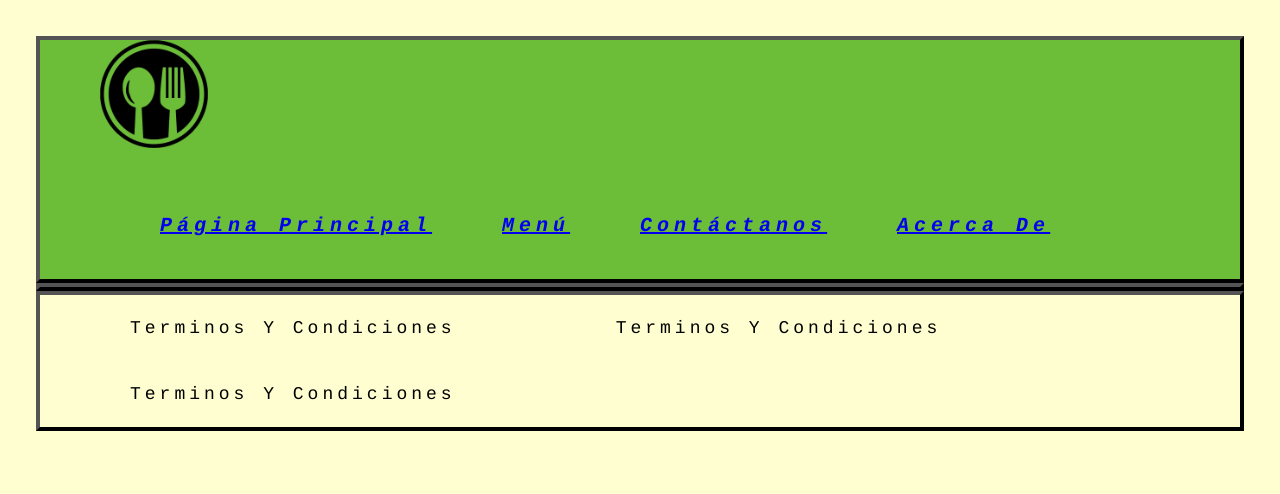
Repository: UVMCoyoacan/eq06_sitio1
Page: Carpeta docs/contactos.html
An editor plug-in stored every save of this project. The page is shown before and after the next save, followed by the edit.
The browser window is 1280 px wide. The pictures show the whole page.

Above is the page before, as saved 2024-04-13 23:11:21.

### Carpeta docs/contactos.html
<!DOCTYPE html>
<html>
    <head>
        <link rel="stylesheet" href="../Carpeta estilos/estilo1.css"/>
        <meta charset="utf-8" />
    </head>
    <body>
        <header id="parte_inicial" role="banner">
            <div class="encabezado" style="display: flex;   flex-wrap: wrap;">
                    <div style="flex-wrap:wrap ;">
                    <img width="108" height="108" src="../Carpeta ims/tres.png" >
                    </div>
            <div style="display: flex;   flex-wrap: wrap;">
            <ul >
                <li><a href="../index.html">Página principal</a></li>
                <li><a href="./menu.html">Menú</a></li>
                <li><a href="#">Contáctanos</a></li>
                <li style="float:right"><a class="active" href="../Carpeta docs/acercade.html">Acerca de</a></li>
            </ul>
        </div>
            </div>
        </header>
    <div style="border-style: outset;
    border-color: #000000;
    border-width: .4ch;"></div>
        <div style="border-style: outset;
        border-color: #000000;
        border-width: .4ch;">
            <footer >
                <div style="display: flex;   flex-wrap: wrap;">
                    <ul>Terminos y condiciones</ul>
                    <ul>Terminos y condiciones</ul>
                    <ul>Terminos y condiciones</ul>
                </div>

            </footer>
        </div>
    </body>
    <script src="../Carpeta js/js1.js">
    </script>
</html>

### Carpeta estilos/estilo1.css
body{
  background-color:#fefec0be;
  font-size:20px;
  font-family:Courier;
  font-weight:bold;
  font-style:normal;
  line-height:30px;
  letter-spacing:5px;
  padding: 28px;
  text-transform:capitalize;
  text-align:left;
  text-indent:30px;

}
header{
  background-color:#6cbe39;
  font-size:20px;
  font-family:Courier;
  font-weight:bold;
  font-style:italic;
  line-height:60px;
  letter-spacing:5px;
  text-transform:capitalize;
  text-align:left;
  text-indent:60px;
  border-style: outset;
  border-color: #000000;
  border-width: .4ch;

}
li {
  display: inline;
  float: left;
  background-color:#6cbe39;
  font-size:20px;
  font-family:Courier;
  font-weight:bold;
  font-style:oblique;
  line-height:30px;
  letter-spacing:5px;
  text-decoration:underline;
  text-transform:capitalize;
  text-align:left;
  text-indent:30px;
  border-style:inherit;
  border-color: #303130;
  padding: 12px;
}


a {
  display: block;
  padding: 8px;
  background-color:#6cbe39;
}
.active {
  background-color:transparent;

}

#titulo{
  text-decoration: overline underline;
  font-size:30px;
  font-style:oblique;

}

p{

    font-size: 30px;
    font-family: Courier;
    font-weight: bold;
    font-style:italic;
    line-height: 30px;
    letter-spacing: 5px;
    text-transform: capitalize;
    text-align: left;
    text-indent: 30px;
    margin-left: auto;
    color: #2e2e2e;
      background-color: #ffffff;


    }

  ol{

      font-size: 20px;
      font-family: Courier;
      font-weight:200;
      font-style: normal;
      line-height: 30px;
      letter-spacing: 5px;
      text-transform: capitalize;
      text-align: left;
      text-indent: 30px;
      color: #2e2e2e;
      padding-left: 40px;
    }
    h1{
      font-size: 30px;
      font-family: Courier;
      font-weight: bold;
      font-style:italic;
      line-height: 30px;
      letter-spacing: 5px;
      text-transform: capitalize;
      text-align: left;
      text-indent: 30px;
      margin-left: auto;
      color: #2e2e2e;
        background-color: #b3e64c;
    }
    h2 {
      font-size: 30px;
      font-family: Arial, sans-serif;
      font-weight: bold;
      font-style: normal;
      line-height: 1.5;
      letter-spacing: 1px;
      text-transform: uppercase;
      text-align: center;
      color: #333333;
      margin-top: 20px;
      margin-bottom: 20px;
    }
    ul{
      font-size: 18px;
      font-family: Courier;
      font-weight:200;
      font-style:initial;
      line-height: 30px;
      letter-spacing: 4px;
      text-transform: capitalize;
      text-align: left;
      text-indent: 20px;
      color: #000000;
      padding-left: 70px;
      padding-right: 70px;

    }

  h3{
    font-size: 30px;
    font-family: Courier;
    font-weight: bold;
    font-style:italic;
    line-height: 30px;
    letter-spacing: 5px;
    text-transform: capitalize;
    text-align: left;
    text-indent: 30px;
    margin-left: auto;
    color: #2e2e2e;
      background-color: #b3e64c;
  }
  h4 {
    font-size: 30px;
    font-family: Arial, sans-serif;
    font-weight: bold;
    font-style: normal;
    line-height: 1.5;
    letter-spacing: 1px;
    text-transform: uppercase;
    text-align: center;
    color: #333333;
    margin-top: 20px;
    margin-bottom: 20px;
  }
  @keyframes bounce {
    0% { transform: translateY(0); }
    50% { transform: translateY(-40px); }
    100% { transform: translateY(0); }
  }

  .bounce {
    animation: bounce 1.0s infinite;
  }

  .slider-section img{
    width: 500px;
    height: 100%;
    object-fit: cover;
    border-radius:  15px;
  }

  .container-carrousel{
    width: 500px;
    height: 300px;
    background-color: #e0e0e0;
    border-radius: 15px;
    overflow: hidden;
   justify-content: center;

  }

  .carruseles{
    width: 400%;
    height: 100%;
    display: flex;
    border: solid thin red;
  }

  .slider-section{
    width: calc(100%/4);
    height: 100%;

  }

  .btn-left, .btn-right{
    display: flex;
    position: absolute;
    top: 50%;
    font-size: 1.5rem;
    background-color: transparent;
    border-radius: 5px;
    padding: 5px;
    font-weight: 600;
    cursor: pointer;
    color: #ffffff81;
    transform: translate(0,-50%);
    transition: .5s ease;
    user-select: none;
  }

### Carpeta js/js1.js
function redirigirIndex() {
    window.location.href = '../index.html';
}

After the next save:
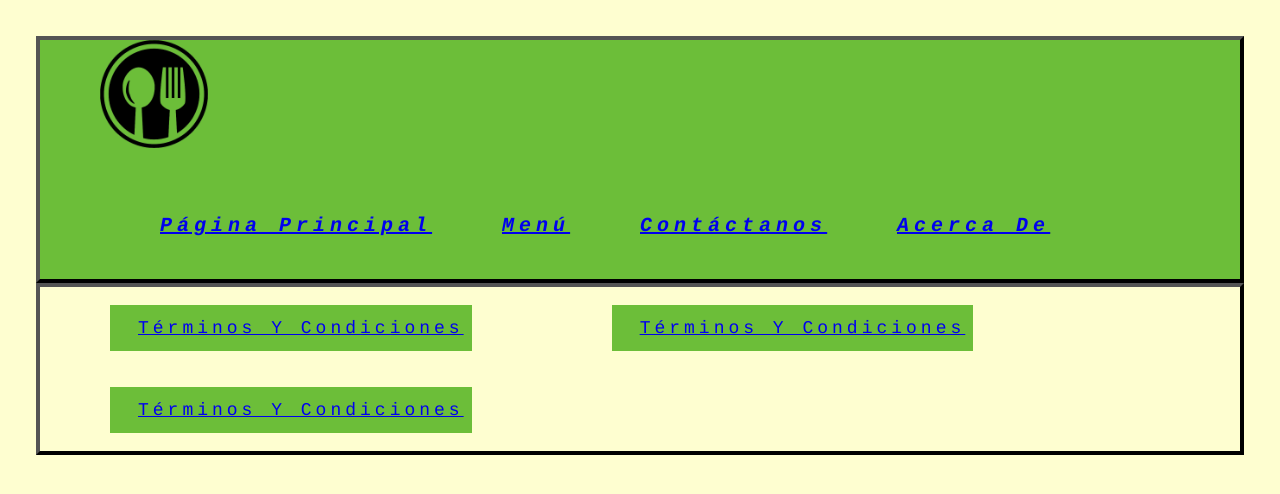
Saved 7 s later.
--- a/Carpeta docs/contactos.html
+++ b/Carpeta docs/contactos.html
@@ -20,19 +20,13 @@
         </div>
             </div>
         </header>
-    <div style="border-style: outset;
-    border-color: #000000;
-    border-width: .4ch;"></div>
-        <div style="border-style: outset;
-        border-color: #000000;
-        border-width: .4ch;">
+        <div style="border-style: outset; border-color: #000000; border-width: .4ch;">
             <footer >
-                <div style="display: flex;   flex-wrap: wrap;">
-                    <ul>Terminos y condiciones</ul>
-                    <ul>Terminos y condiciones</ul>
-                    <ul>Terminos y condiciones</ul>
+                <div style="display: flex; flex-wrap: wrap;">
+                    <ul><a href="../Carpeta docs/terminos.html">Términos y condiciones</a></ul>
+                    <ul><a href="../Carpeta docs/terminos.html">Términos y condiciones</a></ul>
+                    <ul><a href="../Carpeta docs/terminos.html">Términos y condiciones</a></ul>
                 </div>
-
             </footer>
         </div>
     </body>
